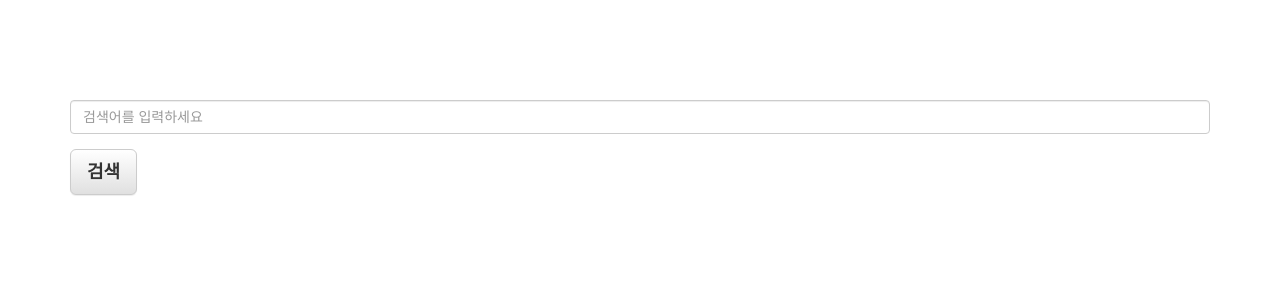
Repository: kimjaejoo/Tacademy
Page: http://localhost/Hello/searchForm.jsp
These files come from the project's save history. The page is drawn as it stood at one moment and after the next save; the edit follows.
The browser window is 1280 px wide. The pictures show the whole page.
Some web libraries are served in a nearby version. The page is served by Tomcat 9. Other server files are loaded and not shown.

Above is the page before, as saved 2016-11-03 08:29:24.

### Hello/WebContent/searchForm.jsp
<%@ page language="java" contentType="text/html; charset=UTF-8"
    pageEncoding="UTF-8"%>
<!DOCTYPE html PUBLIC "-//W3C//DTD HTML 4.01 Transitional//EN" "http://www.w3.org/TR/html4/loose.dtd">
<html>
<head>
<meta http-equiv="Content-Type" content="text/html; charset=UTF-8">
<meta name="viewport" content="user-scalable=no, initial-scale=1.0, maximum-scale=1.0, minimum-scale=1.0, width=device-width">
<script src="https://ajax.googleapis.com/ajax/libs/jquery/3.1.1/jquery.min.js"></script>
<!-- Latest compiled and minified CSS -->
<link rel="stylesheet"
	href="https://maxcdn.bootstrapcdn.com/bootstrap/3.3.7/css/bootstrap.min.css"
	integrity="sha384-BVYiiSIFeK1dGmJRAkycuHAHRg32OmUcww7on3RYdg4Va+PmSTsz/K68vbdEjh4u"
	crossorigin="anonymous">

<!-- Optional theme -->
<link rel="stylesheet"
	href="https://maxcdn.bootstrapcdn.com/bootstrap/3.3.7/css/bootstrap-theme.min.css"
	integrity="sha384-rHyoN1iRsVXV4nD0JutlnGaslCJuC7uwjduW9SVrLvRYooPp2bWYgmgJQIXwl/Sp"
	crossorigin="anonymous">

<!-- Latest compiled and minified JavaScript -->
<script
	src="https://maxcdn.bootstrapcdn.com/bootstrap/3.3.7/js/bootstrap.min.js"
	integrity="sha384-Tc5IQib027qvyjSMfHjOMaLkfuWVxZxUPnCJA7l2mCWNIpG9mGCD8wGNIcPD7Txa"
	crossorigin="anonymous"></script>
<title>편의점 검색</title>
<style type="text/css">

	.container{
		margin-top: 100px;
	}
	#searchBtn{
		font-weight: bold;
	}

</style>
<script type="text/javascript">
	$(function(){
		$("#searchBtn").on("click", function(){
			console.log("지금 버튼을 누르고 있지롱");
			//alert($("input[name=keyword])").val();
			$.ajax({
				url : "/Hello/search",
				data : "keyword=" + $("input[name=keyword])").val(),
				datatype : "json",
				success : function(json){
					//alert(json.data[0].name);
					$.each(json.data, function(idx, item){
					var html = "<tr>"+
							   "<td>"+item.idx+"</td><td>"+item.name+"</td><td>"+item.addr+"</td>"+
					 		   "</tr>";
					$("tbody").append(html);
					});
				},
				error : function(err){
					alert("err : " + err);
				}
			})
		})
	})
</script>
</head>
<body>
	<div class="container">
		<form action="">
			<div>
				<div class="form-group">
					<input class="form-control" type="text" name="keyword" placeholder="검색어를 입력하세요" />
				</div>
					<button id="searchBtn" class="btn btn-default btn-lg">검색</button>
			</div>
		</form>
	</div>
</body>
</html>

After the next save:
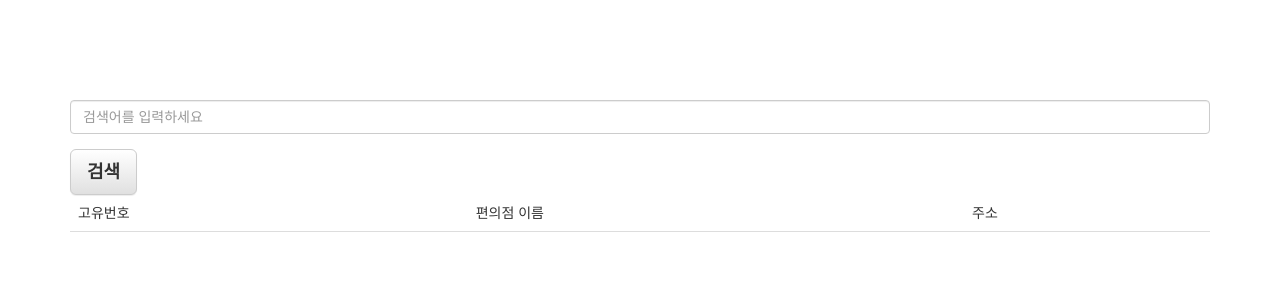
Saved 16 s later.
--- a/Hello/WebContent/searchForm.jsp
+++ b/Hello/WebContent/searchForm.jsp
@@ -70,6 +70,24 @@
 					<button id="searchBtn" class="btn btn-default btn-lg">검색</button>
 			</div>
 		</form>
+		<table id="result" class="table">
+		<thead>
+			<tr>
+				<td>고유번호</td>
+				<td>편의점 이름</td>
+				<td>주소</td>
+			</tr>
+		</thead>
+		<tbody>
+			<c:forEach var="cs" items="${result }">
+				<tr>
+					<td>${cs.getIdx() }</td>
+					<td>${cs.getName() }</td>
+					<td>${cs.getAddr() }</td>
+				</tr>
+			</c:forEach>
+		</tbody>
+	</table>
 	</div>
 </body>
 </html>
